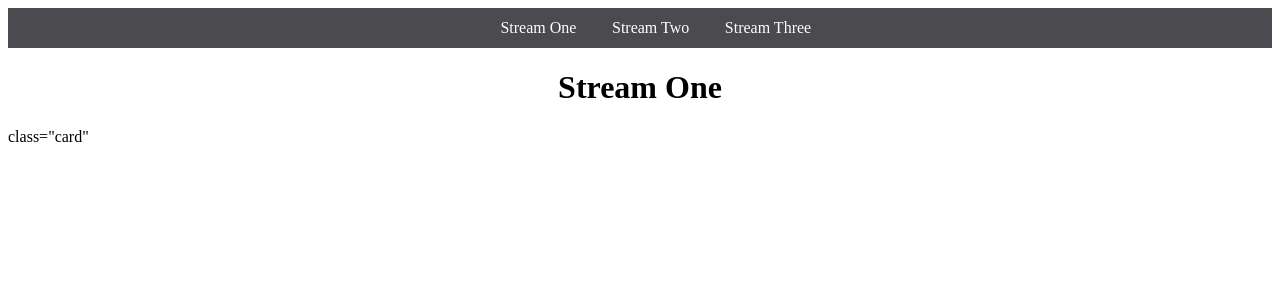
Repository: dalecars/my_first_site
Page: index.html
The author's editor kept a record of every edit. The page is drawn from the files as they stood at one moment, then again after the next edit.
The browser window is 1280 px wide. The pictures show the whole page.

Above is the page before.

After the next edit:
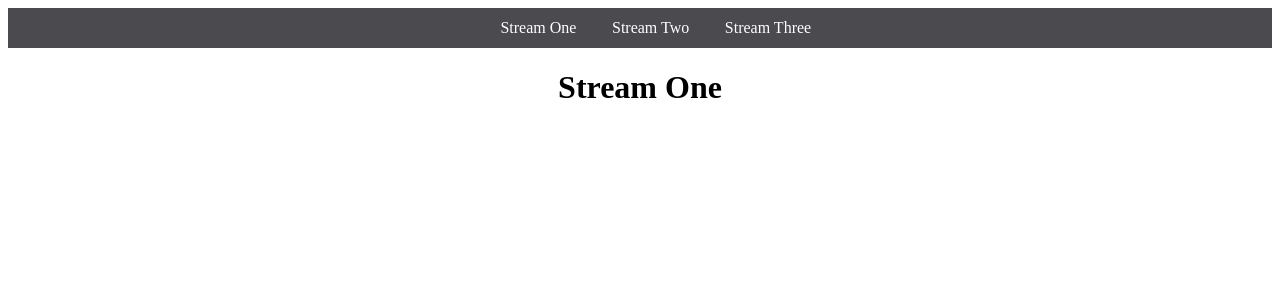
The edit:
--- a/index.html
+++ b/index.html
@@ -13,7 +13,11 @@
             </ul>
         </nav>
         <h1>Stream One</h1>
-       <div>class="card"
-       <a href=""></div>
-       </body>
+        <div class="card>
+            <a href="">
+                <img></img>
+                <h2></h2>
+        </div>
+
+    </body>
 </html
